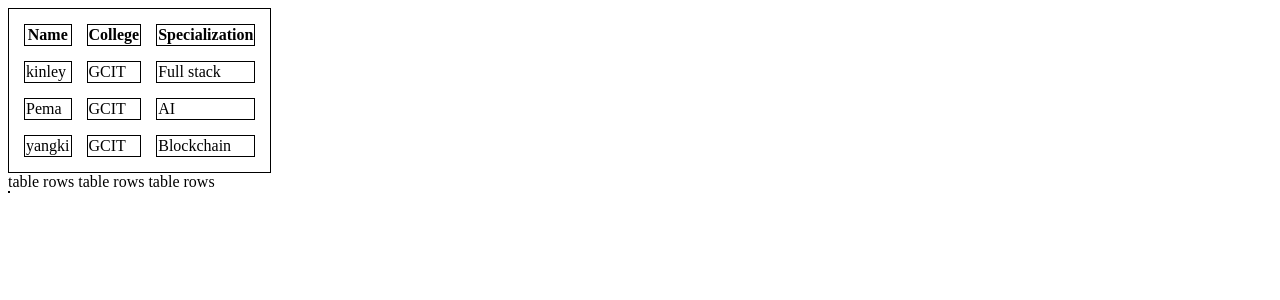
Repository: Pema-yangki/Css
Page: fed.html
These files come from the project's save history. The page is drawn as it stood at one moment and after a run of saves; the edit follows.
The browser window is 1280 px wide. The pictures show the whole page.

Above is the page before, as saved 2024-03-15 14:51:52.

After the next 3 saves:
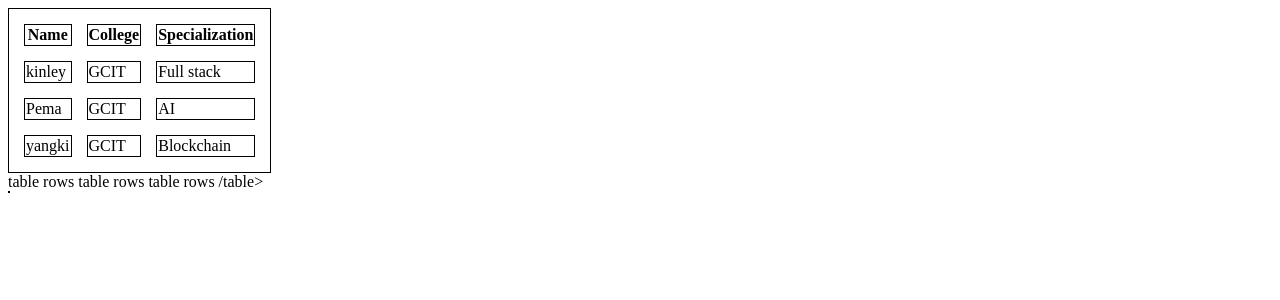
The 3 saves are shown as one change because they came seconds apart.
The last was saved 17 s later.
--- a/fed.html
+++ b/fed.html
@@ -64,9 +64,10 @@
       </tfoot>
       <tbody>
         table rows
-      </tbody></table>
+      </tbody>
+      /table>
 
-   </table>
+
 
 </body>
 </html>

After the save that followed:
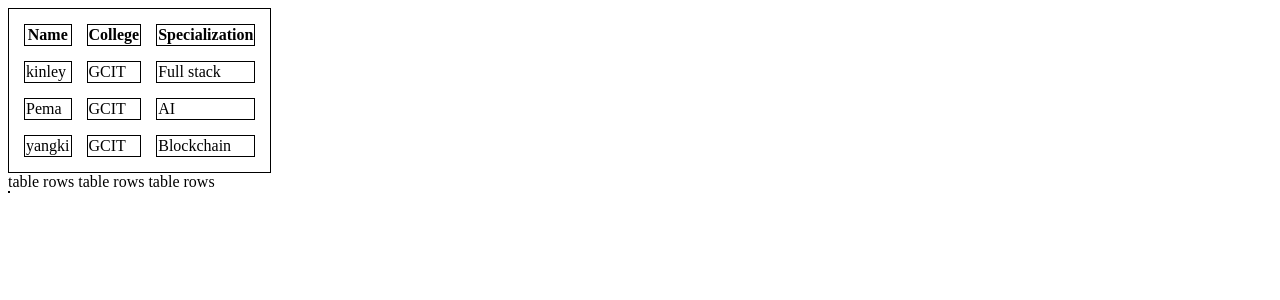
Saved 5 s later.
--- a/fed.html
+++ b/fed.html
@@ -65,7 +65,7 @@
       <tbody>
         table rows
       </tbody>
-      /table>
+    </table>
 
 
 
